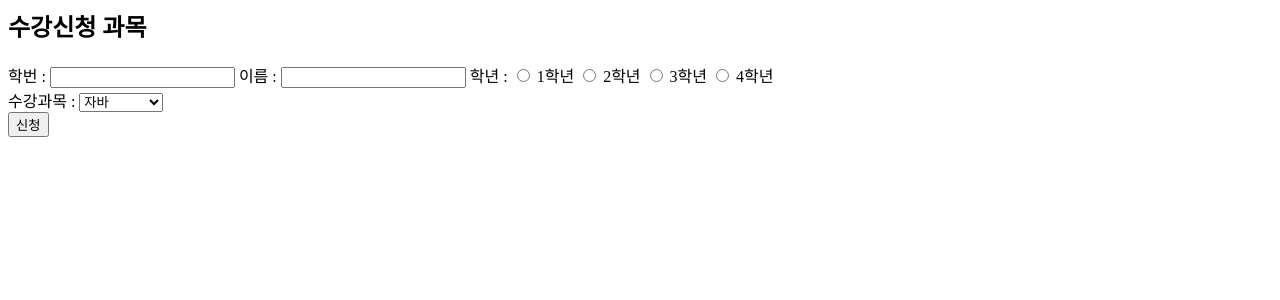
Repository: LTaeHoon/javajsp_ncs
Page: http://localhost/chap02_Directive_Object/impliciteObject/request/requestTest.jsp
These files come from the project's save history. The page is drawn as it stood at one moment and after the next save; the edit follows.
The browser window is 1280 px wide. The pictures show the whole page.
The page is served by Tomcat 9.

Above is the page before, as saved 2017-01-13 01:16:36.

After the next save:
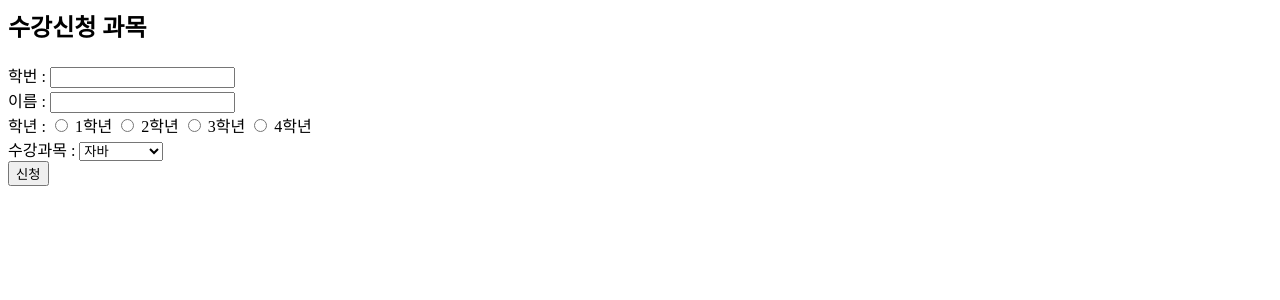
Saved 2 min 3 s later.
--- a/chap02_Directive_Object/WebContent/impliciteObject/request/requestTest.jsp
+++ b/chap02_Directive_Object/WebContent/impliciteObject/request/requestTest.jsp
@@ -10,8 +10,9 @@
      <h2> 수강신청 과목 </h2>
      <form name="frm" method="post" action="requestPro.jsp">
 
-    	학번 : <input type="text" name="num"/>
+    	학번 : <input type="text" name="num"/><br>
     	이름 : <input name="name"/>
+    	<br>
     	학년 :
     		<input type="radio" name="grade" value="1"> 1학년
     		<input type="radio" name="grade" value="2"> 2학년
